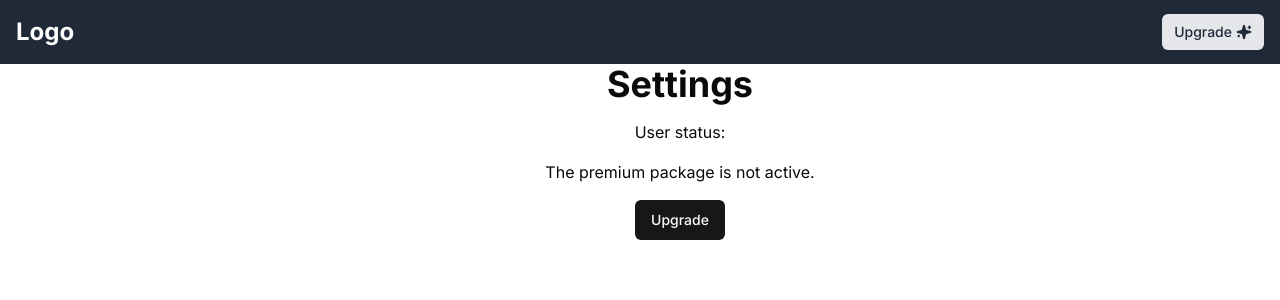
Repository: michalmilek/AI-companion-bot
Page: /settings
These files come from the project's save history. The page is drawn as it stood at one moment and after the next save; the edit follows.
The browser window is 1280 px wide. The pictures show the whole page.
The page's requests for data from a server got no answer. The project was rebuilt for these pictures with package versions that can differ from the ones it lists, and the page was loaded fresh each time. Some packages were replaced by stand-ins written for this rebuild. The framework's server and built-in components were replaced by stand-ins that run in the browser. No one was signed in, and anything a server would have sent is missing. Also part of the build but not shown: next.config.js. Imported but missing from the stored project, and not drawn on this page: lib/prismadb.

Above is the page before, as saved 2023-10-10 14:21:42.

### app/layout.tsx
import { ClerkProvider } from "@clerk/nextjs";
import "./globals.css";
import type { Metadata } from "next";
import { Inter } from "next/font/google";
import { ThemeProvider } from "@/components/theme-provider";

const inter = Inter({ subsets: ["latin"] });

export const metadata: Metadata = {
  title: "Create Next App",
  description: "Generated by create next app",
};

export default function RootLayout({
  children,
}: {
  children: React.ReactNode;
}) {
  return (
    <ClerkProvider>
      <html lang="en">
        <body className={inter.className}>
          <ThemeProvider
            attribute="class"
            defaultTheme="system"
            enableSystem
            disableTransitionOnChange>
            {children}
          </ThemeProvider>
        </body>
      </html>
    </ClerkProvider>
  );
}

### app/(root)/layout.tsx
import Navbar from "@/components/Navbar";
import React from "react";

const RootLayout = ({ children }: { children: React.ReactNode }) => {
  return (
    <div className="h-screen">
      <Navbar />
      <main className="md:pl-20 pt-16 h-full">{children}</main>
    </div>
  );
};

export default RootLayout;

### app/(root)/(routes)/settings/page.tsx
import { checkSubscription } from "@/lib/subscription";
import React from "react";
import SubscriptionPanel from "./companion/SubscriptionPanel";

const page = async () => {
  const isPro = await checkSubscription();
  return (
    <div>
      <SubscriptionPanel isPro={isPro} />
    </div>
  );
};

export default page;

### app/globals.css
@tailwind base;
@tailwind components;
@tailwind utilities;

@layer base {
  :root {
    --background: 0 0% 100%;
    --foreground: 0 0% 3.9%;

    --card: 0 0% 100%;
    --card-foreground: 0 0% 3.9%;

    --popover: 0 0% 100%;
    --popover-foreground: 0 0% 3.9%;

    --primary: 0 0% 9%;
    --primary-foreground: 0 0% 98%;

    --secondary: 0 0% 96.1%;
    --secondary-foreground: 0 0% 9%;

    --muted: 0 0% 96.1%;
    --muted-foreground: 0 0% 45.1%;

    --accent: 0 0% 96.1%;
    --accent-foreground: 0 0% 9%;

    --destructive: 0 84.2% 60.2%;
    --destructive-foreground: 0 0% 98%;

    --border: 0 0% 89.8%;
    --input: 0 0% 89.8%;
    --ring: 0 0% 3.9%;

    --radius: 0.5rem;
  }

  .dark {
    --background: 0 0% 3.9%;
    --foreground: 0 0% 98%;

    --card: 0 0% 3.9%;
    --card-foreground: 0 0% 98%;

    --popover: 0 0% 3.9%;
    --popover-foreground: 0 0% 98%;

    --primary: 0 0% 98%;
    --primary-foreground: 0 0% 9%;

    --secondary: 0 0% 14.9%;
    --secondary-foreground: 0 0% 98%;

    --muted: 0 0% 14.9%;
    --muted-foreground: 0 0% 63.9%;

    --accent: 0 0% 14.9%;
    --accent-foreground: 0 0% 98%;

    --destructive: 0 62.8% 30.6%;
    --destructive-foreground: 0 0% 98%;

    --border: 0 0% 14.9%;
    --input: 0 0% 14.9%;
    --ring: 0 0% 83.1%;
  }
}

@layer base {
  * {
    @apply border-border;
  }
  body {
    @apply bg-background text-foreground;
  }
}

*{
  box-sizing: border-box;
  padding: 0;
  margin: 0;
}

### components/Navbar.tsx
"use client";

import React, { useEffect, useState } from "react";
import { UserButton } from "@clerk/nextjs";
import { Button } from "./ui/button";
import { Sparkles } from "lucide-react";

const Navbar = () => {
  return (
    <nav className="bg-gray-800 text-white h-16 flex justify-between items-center px-4 fixed top-0 left-0 right-0 z-50">
      <a
        href="#"
        className="text-2xl font-bold">
        Logo
      </a>
      <div className="flex items-center gap-3">
        <Button
          size="sm"
          variant="gray">
          Upgrade
          <Sparkles className="text-gray-800 fill-gray-800 h-4 w-4" />
        </Button>

        <UserButton />
      </div>
    </nav>
  );
};

export default Navbar;

### lib/subscription.ts
import { auth } from "@clerk/nextjs";

import prismadb from "@/lib/prismadb";

const DAY_IN_MS = 86_400_000;

export const checkSubscription = async () => {
  const { userId } = auth();

  if (!userId) {
    return false;
  }

  const userSubscription = await prismadb.userSubscription.findUnique({
    where: {
      userId,
    },
    select: {
      stripeCurrentPeriodEnd: true,
      stripeCustomerId: true,
      stripePriceId: true,
      stripeSubscriptionId: true,
    },
  });

  if (!userSubscription) {
    return false;
  }

  const isValid =
    userSubscription.stripePriceId &&
    userSubscription.stripeCurrentPeriodEnd?.getTime()! + DAY_IN_MS >
      Date.now();

  return !!isValid;
};

### app/(root)/(routes)/settings/companion/SubscriptionPanel.tsx
"use client";

import { Button } from "@/components/ui/button";
import axios from "axios";
import React from "react";

const SubscriptionPanel = ({ isPro }: { isPro: boolean }) => {
  const onSubscribe = async () => {
    try {
      const response = await axios.get("/api/stripe");

      window.location.href = response.data.url;
    } catch (error) {
      console.log("onSubscribe error", error);
    }
  };

  return (
    <div className="flex flex-col gap-4 items-center justify-center">
      <h1 className="text-4xl font-bold">Settings</h1>
      <h2>User status:</h2>
      <p>
        {isPro
          ? "The premium package is active."
          : "The premium package is not active."}
      </p>
      <Button onClick={onSubscribe}>
        {isPro ? "Edit your subscription" : "Upgrade"}
      </Button>
    </div>
  );
};

export default SubscriptionPanel;

### components/ui/button.tsx
import * as React from "react";
import { Slot } from "@radix-ui/react-slot";
import { cva, type VariantProps } from "class-variance-authority";

import { cn } from "@/lib/utils";

const buttonVariants = cva(
  "inline-flex items-center justify-center rounded-md text-sm font-medium ring-offset-background transition-colors focus-visible:outline-none focus-visible:ring-2 focus-visible:ring-ring focus-visible:ring-offset-2 disabled:pointer-events-none disabled:opacity-50",
  {
    variants: {
      variant: {
        default: "bg-primary text-primary-foreground hover:bg-primary/90",
        destructive:
          "bg-destructive text-destructive-foreground hover:bg-destructive/90",
        outline:
          "border border-input bg-background hover:bg-accent hover:text-accent-foreground",
        secondary:
          "bg-secondary text-secondary-foreground hover:bg-secondary/80",
        ghost: "hover:bg-accent hover:text-accent-foreground",
        link: "text-primary underline-offset-4 hover:underline",
        gray: "bg-gray-200 text-gray-800 flex items-center gap-1 hover:bg-gray-300 transition-all",
      },
      size: {
        default: "h-10 px-4 py-2",
        sm: "h-9 rounded-md px-3",
        lg: "h-11 rounded-md px-8",
        icon: "h-10 w-10",
      },
    },
    defaultVariants: {
      variant: "default",
      size: "default",
    },
  }
);

export interface ButtonProps
  extends React.ButtonHTMLAttributes<HTMLButtonElement>,
    VariantProps<typeof buttonVariants> {
  asChild?: boolean;
}

const Button = React.forwardRef<HTMLButtonElement, ButtonProps>(
  ({ className, variant, size, asChild = false, ...props }, ref) => {
    const Comp = asChild ? Slot : "button";
    return (
      <Comp
        className={cn(buttonVariants({ variant, size, className }))}
        ref={ref}
        {...props}
      />
    );
  }
);
Button.displayName = "Button";

export { Button, buttonVariants };

### components/theme-toggle.tsx
"use client";

import * as React from "react";
import { Moon, Sun } from "lucide-react";
import { useTheme } from "next-themes";

import { Button } from "@/components/ui/button";
import {
  DropdownMenu,
  DropdownMenuContent,
  DropdownMenuItem,
  DropdownMenuTrigger,
} from "@/components/ui/dropdown-menu";

export function ThemeToggle() {
  const { setTheme } = useTheme();

  return (
    <DropdownMenu>
      <DropdownMenuTrigger asChild>
        <Button
          variant="outline"
          size="icon">
          <Sun className="h-[1.2rem] w-[1.2rem] rotate-0 scale-100 transition-all dark:-rotate-90 dark:scale-0" />
          <Moon className="absolute h-[1.2rem] w-[1.2rem] rotate-90 scale-0 transition-all dark:rotate-0 dark:scale-100" />
          <span className="sr-only">Toggle theme</span>
        </Button>
      </DropdownMenuTrigger>
      <DropdownMenuContent align="end">
        <DropdownMenuItem onClick={() => setTheme("light")}>
          Light
        </DropdownMenuItem>
        <DropdownMenuItem onClick={() => setTheme("dark")}>
          Dark
        </DropdownMenuItem>
        <DropdownMenuItem onClick={() => setTheme("system")}>
          System
        </DropdownMenuItem>
      </DropdownMenuContent>
    </DropdownMenu>
  );
}

### components/ui/dropdown-menu.tsx
"use client"

import * as React from "react"
import * as DropdownMenuPrimitive from "@radix-ui/react-dropdown-menu"
import { Check, ChevronRight, Circle } from "lucide-react"

import { cn } from "@/lib/utils"

const DropdownMenu = DropdownMenuPrimitive.Root

const DropdownMenuTrigger = DropdownMenuPrimitive.Trigger

const DropdownMenuGroup = DropdownMenuPrimitive.Group

const DropdownMenuPortal = DropdownMenuPrimitive.Portal

const DropdownMenuSub = DropdownMenuPrimitive.Sub

const DropdownMenuRadioGroup = DropdownMenuPrimitive.RadioGroup

const DropdownMenuSubTrigger = React.forwardRef<
  React.ElementRef<typeof DropdownMenuPrimitive.SubTrigger>,
  React.ComponentPropsWithoutRef<typeof DropdownMenuPrimitive.SubTrigger> & {
    inset?: boolean
  }
>(({ className, inset, children, ...props }, ref) => (
  <DropdownMenuPrimitive.SubTrigger
    ref={ref}
    className={cn(
      "flex cursor-default select-none items-center rounded-sm px-2 py-1.5 text-sm outline-none focus:bg-accent data-[state=open]:bg-accent",
      inset && "pl-8",
      className
    )}
    {...props}
  >
    {children}
    <ChevronRight className="ml-auto h-4 w-4" />
  </DropdownMenuPrimitive.SubTrigger>
))
DropdownMenuSubTrigger.displayName =
  DropdownMenuPrimitive.SubTrigger.displayName

const DropdownMenuSubContent = React.forwardRef<
  React.ElementRef<typeof DropdownMenuPrimitive.SubContent>,
  React.ComponentPropsWithoutRef<typeof DropdownMenuPrimitive.SubContent>
>(({ className, ...props }, ref) => (
  <DropdownMenuPrimitive.SubContent
    ref={ref}
    className={cn(
      "z-50 min-w-[8rem] overflow-hidden rounded-md border bg-popover p-1 text-popover-foreground shadow-lg data-[state=open]:animate-in data-[state=closed]:animate-out data-[state=closed]:fade-out-0 data-[state=open]:fade-in-0 data-[state=closed]:zoom-out-95 data-[state=open]:zoom-in-95 data-[side=bottom]:slide-in-from-top-2 data-[side=left]:slide-in-from-right-2 data-[side=right]:slide-in-from-left-2 data-[side=top]:slide-in-from-bottom-2",
      className
    )}
    {...props}
  />
))
DropdownMenuSubContent.displayName =
  DropdownMenuPrimitive.SubContent.displayName

const DropdownMenuContent = React.forwardRef<
  React.ElementRef<typeof DropdownMenuPrimitive.Content>,
  React.ComponentPropsWithoutRef<typeof DropdownMenuPrimitive.Content>
>(({ className, sideOffset = 4, ...props }, ref) => (
  <DropdownMenuPrimitive.Portal>
    <DropdownMenuPrimitive.Content
      ref={ref}
      sideOffset={sideOffset}
      className={cn(
        "z-50 min-w-[8rem] overflow-hidden rounded-md border bg-popover p-1 text-popover-foreground shadow-md data-[state=open]:animate-in data-[state=closed]:animate-out data-[state=closed]:fade-out-0 data-[state=open]:fade-in-0 data-[state=closed]:zoom-out-95 data-[state=open]:zoom-in-95 data-[side=bottom]:slide-in-from-top-2 data-[side=left]:slide-in-from-right-2 data-[side=right]:slide-in-from-left-2 data-[side=top]:slide-in-from-bottom-2",
        className
      )}
      {...props}
    />
  </DropdownMenuPrimitive.Portal>
))
DropdownMenuContent.displayName = DropdownMenuPrimitive.Content.displayName

const DropdownMenuItem = React.forwardRef<
  React.ElementRef<typeof DropdownMenuPrimitive.Item>,
  React.ComponentPropsWithoutRef<typeof DropdownMenuPrimitive.Item> & {
    inset?: boolean
  }
>(({ className, inset, ...props }, ref) => (
  <DropdownMenuPrimitive.Item
    ref={ref}
    className={cn(
      "relative flex cursor-default select-none items-center rounded-sm px-2 py-1.5 text-sm outline-none transition-colors focus:bg-accent focus:text-accent-foreground data-[disabled]:pointer-events-none data-[disabled]:opacity-50",
      inset && "pl-8",
      className
    )}
    {...props}
  />
))
DropdownMenuItem.displayName = DropdownMenuPrimitive.Item.displayName

const DropdownMenuCheckboxItem = React.forwardRef<
  React.ElementRef<typeof DropdownMenuPrimitive.CheckboxItem>,
  React.ComponentPropsWithoutRef<typeof DropdownMenuPrimitive.CheckboxItem>
>(({ className, children, checked, ...props }, ref) => (
  <DropdownMenuPrimitive.CheckboxItem
    ref={ref}
    className={cn(
      "relative flex cursor-default select-none items-center rounded-sm py-1.5 pl-8 pr-2 text-sm outline-none transition-colors focus:bg-accent focus:text-accent-foreground data-[disabled]:pointer-events-none data-[disabled]:opacity-50",
      className
    )}
    checked={checked}
    {...props}
  >
    <span className="absolute left-2 flex h-3.5 w-3.5 items-center justify-center">
      <DropdownMenuPrimitive.ItemIndicator>
        <Check className="h-4 w-4" />
      </DropdownMenuPrimitive.ItemIndicator>
    </span>
    {children}
  </DropdownMenuPrimitive.CheckboxItem>
))
DropdownMenuCheckboxItem.displayName =
  DropdownMenuPrimitive.CheckboxItem.displayName

const DropdownMenuRadioItem = React.forwardRef<
  React.ElementRef<typeof DropdownMenuPrimitive.RadioItem>,
  React.ComponentPropsWithoutRef<typeof DropdownMenuPrimitive.RadioItem>
>(({ className, children, ...props }, ref) => (
  <DropdownMenuPrimitive.RadioItem
    ref={ref}
    className={cn(
      "relative flex cursor-default select-none items-center rounded-sm py-1.5 pl-8 pr-2 text-sm outline-none transition-colors focus:bg-accent focus:text-accent-foreground data-[disabled]:pointer-events-none data-[disabled]:opacity-50",
      className
    )}
    {...props}
  >
    <span className="absolute left-2 flex h-3.5 w-3.5 items-center justify-center">
      <DropdownMenuPrimitive.ItemIndicator>
        <Circle className="h-2 w-2 fill-current" />
      </DropdownMenuPrimitive.ItemIndicator>
    </span>
    {children}
  </DropdownMenuPrimitive.RadioItem>
))
DropdownMenuRadioItem.displayName = DropdownMenuPrimitive.RadioItem.displayName

const DropdownMenuLabel = React.forwardRef<
  React.ElementRef<typeof DropdownMenuPrimitive.Label>,
  React.ComponentPropsWithoutRef<typeof DropdownMenuPrimitive.Label> & {
    inset?: boolean
  }
>(({ className, inset, ...props }, ref) => (
  <DropdownMenuPrimitive.Label
    ref={ref}
    className={cn(
      "px-2 py-1.5 text-sm font-semibold",
      inset && "pl-8",
      className
    )}
    {...props}
  />
))
DropdownMenuLabel.displayName = DropdownMenuPrimitive.Label.displayName

const DropdownMenuSeparator = React.forwardRef<
  React.ElementRef<typeof DropdownMenuPrimitive.Separator>,
  React.ComponentPropsWithoutRef<typeof DropdownMenuPrimitive.Separator>
>(({ className, ...props }, ref) => (
  <DropdownMenuPrimitive.Separator
    ref={ref}
    className={cn("-mx-1 my-1 h-px bg-muted", className)}
    {...props}
  />
))
DropdownMenuSeparator.displayName = DropdownMenuPrimitive.Separator.displayName

const DropdownMenuShortcut = ({
  className,
  ...props
}: React.HTMLAttributes<HTMLSpanElement>) => {
  return (
    <span
      className={cn("ml-auto text-xs tracking-widest opacity-60", className)}
      {...props}
    />
  )
}
DropdownMenuShortcut.displayName = "DropdownMenuShortcut"

export {
  DropdownMenu,
  DropdownMenuTrigger,
  DropdownMenuContent,
  DropdownMenuItem,
  DropdownMenuCheckboxItem,
  DropdownMenuRadioItem,
  DropdownMenuLabel,
  DropdownMenuSeparator,
  DropdownMenuShortcut,
  DropdownMenuGroup,
  DropdownMenuPortal,
  DropdownMenuSub,
  DropdownMenuSubContent,
  DropdownMenuSubTrigger,
  DropdownMenuRadioGroup,
}

Loaded but not shown: components/theme-provider.tsx (common file); lib/utils.ts (common file); tailwind.config.js (common file)

After the next save:
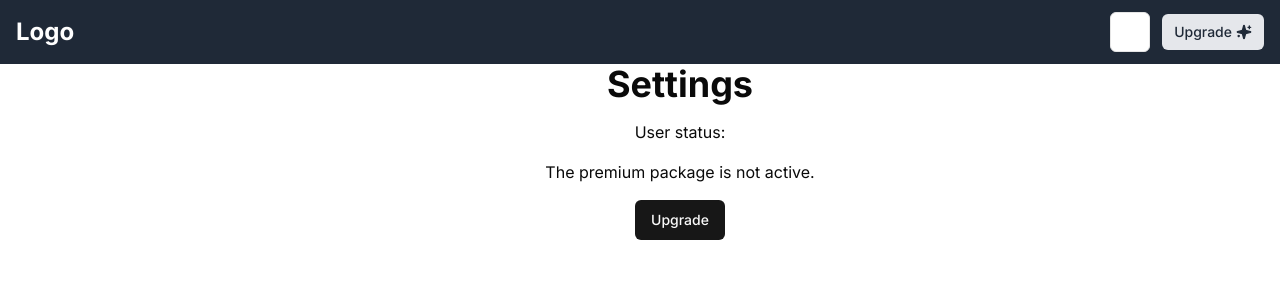
Saved 34 s later.
--- a/components/Navbar.tsx
+++ b/components/Navbar.tsx
@@ -4,6 +4,7 @@ import React, { useEffect, useState } from "react";
 import { UserButton } from "@clerk/nextjs";
 import { Button } from "./ui/button";
 import { Sparkles } from "lucide-react";
+import { ThemeToggle } from "./theme-toggle";
 
 const Navbar = () => {
   return (
@@ -14,6 +15,7 @@ const Navbar = () => {
         Logo
       </a>
       <div className="flex items-center gap-3">
+        <ThemeToggle />
         <Button
           size="sm"
           variant="gray">
